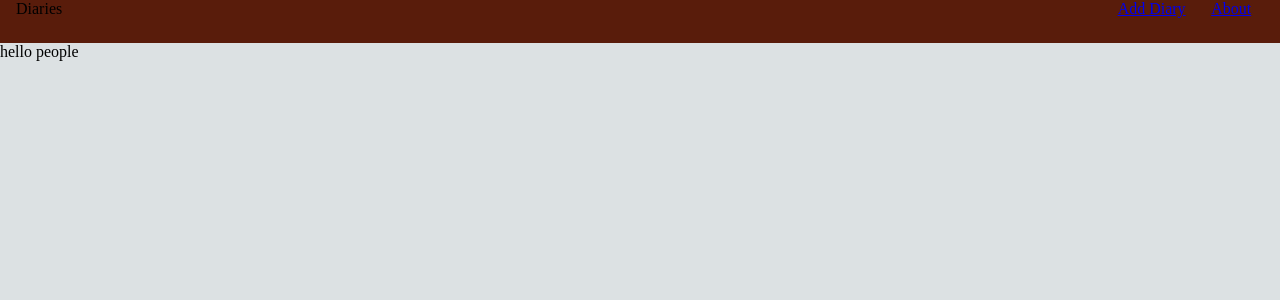
Repository: Tun-Dev/mydiary
Page: /
The author's editor kept a copy of each file at every save. The page is drawn from the files as they stood at one save, then again after the next save.
The browser window is 1280 px wide. The pictures show the whole page.
The project was rebuilt for these pictures with package versions that can differ from the ones it lists, and the page was loaded fresh each time.

Above is the page before, as saved 2021-05-10 12:16:56.

### src/index.js
import React from 'react';
import ReactDOM from 'react-dom';
import {BrowserRouter} from 'react-router-dom'
import App from './App';


ReactDOM.render(

  <React.StrictMode>
  <BrowserRouter>
    <App />
    </BrowserRouter>
  </React.StrictMode>,
  document.getElementById('root')
);

// If you want to start measuring performance in your app, pass a function
// to log results (for example: reportWebVitals(console.log))
// or send to an analytics endpoint. Learn more: https://bit.ly/CRA-vitals

### src/App.js
import React, { useState, useEffect} from "react";
import GlobalStyle from './GlobalStyle'

// import styles
import Nav from './Layout/Nav.js';

function App() {
  // const [ name, setName ] = useState("");
  // useEffect( () => {
  //   fetch("https://my-json-server.typicode.com/Codeinwp/front-end-internship-api/posts")
  // .then((response) => response.json())
  // .then((data) => setName(data)
  // )
  // }, [] )
  return (
    <div className="App">
    <GlobalStyle />
    <Nav />
    <div className="container">
      <p>hello people </p>
    </div>
    </div>
  );
}

export default App;

### src/GlobalStyle.js
import {createGlobalStyle} from 'styled-components';

const GlobalStyle = createGlobalStyle`
  * {
      margin: 0;
      padding: 0;
      box-sizing: border-box;
  }
  body {
  margin: 0;
 background-color: #dce1e3;
}
 ul li {
    list-styles: none;
}
`

export default GlobalStyle;

### src/Layout/Nav.js
import React from 'react';
import styled from 'styled-components';
import {Link} from 'react-router-dom'

const Nav = () => {
    return (
        <NavBar>
          <nav>
         <div className="header">
           Diaries
         </div>
         <ul className="navItens">
           <li><Link to="">Add Diary</Link></li>
           <li><Link to="">About</Link></li>
         </ul>
          </nav>
        </NavBar>
    )
}
const NavBar = styled.div`
     background-color: #591c0b;
     height: 6vh;
  nav {
    display: flex;
    justify-content: space-between;
    align-items: center;
    margin: 0 1rem;

}
ul {
    display: flex;
    align-items: center;
}
ul li {
    list-style: none;
    margin: 0 0.8rem;
}
`;

export default Nav;

Loaded but not shown: public/index.html (common file)

After the next save:
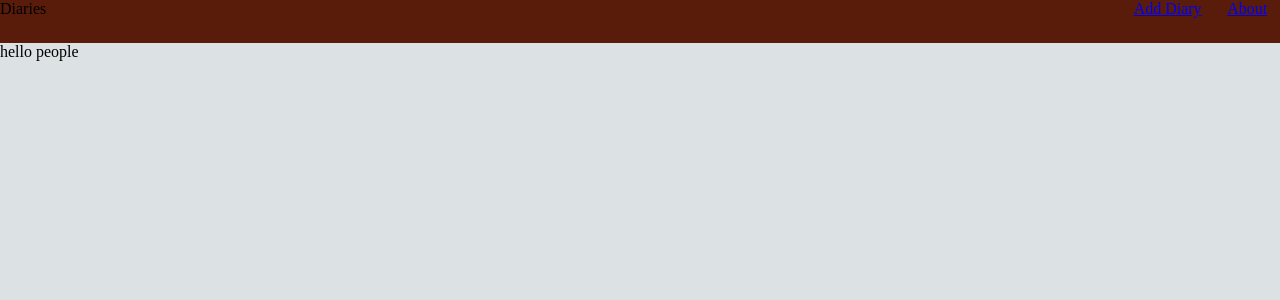
Saved 24 s later.
--- a/src/Layout/Nav.js
+++ b/src/Layout/Nav.js
@@ -24,12 +24,10 @@ const NavBar = styled.div`
     display: flex;
     justify-content: space-between;
     align-items: center;
-    margin: 0 1rem;
 
 }
 ul {
     display: flex;
-    align-items: center;
 }
 ul li {
     list-style: none;
